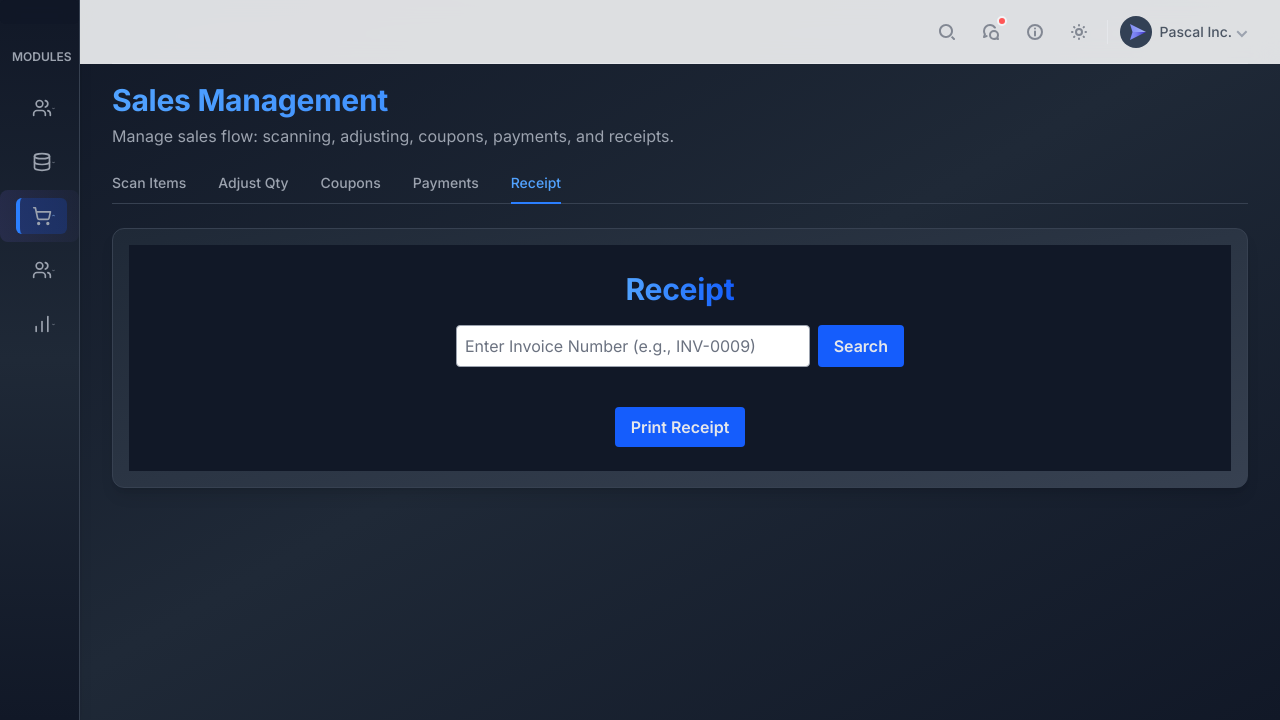
Repository: chykesure/grox-supermarket
Page: /sales/receipt
The author's editor kept a copy of each file at every save. The page is drawn from the files as they stood at one save, then again after the next save.
The browser window is 1280 px wide. The pictures show the whole page.
The project was rebuilt for these pictures with package versions that can differ from the ones it lists, and the page was loaded fresh each time. Some packages were replaced by stand-ins written for this rebuild. Also part of the build but not shown: vite.config.js, src/components/DropdownFilter.jsx, src/lib/utils.ts, src/components/ui/calendar.jsx, src/components/ui/popover.jsx, src/components/Datepicker.jsx, src/pages/pos/Dashboard.jsx, src/pages/Menu.jsx and 62 more.

Above is the page before, as saved 2025-11-09 14:22:15.

After the next save:
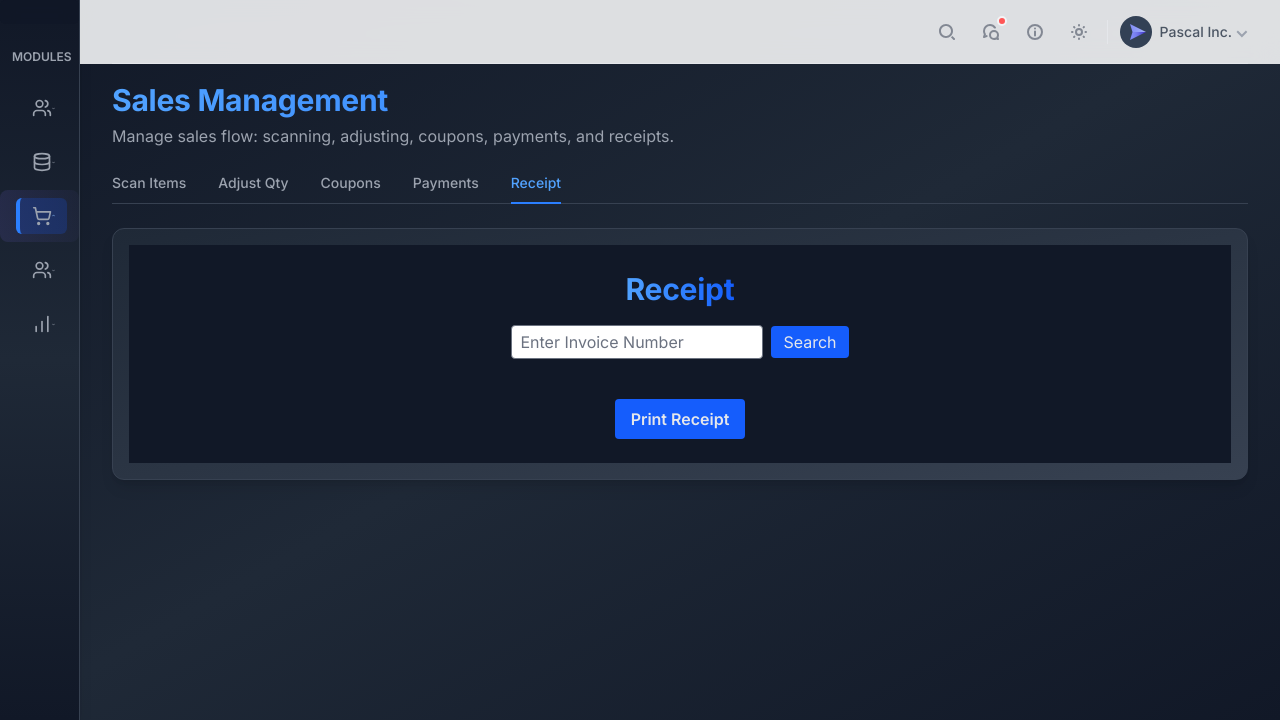
Saved 2 min 18 s later.
--- a/src/pages/pos/sales/Receipt.jsx
+++ b/src/pages/pos/sales/Receipt.jsx
@@ -1,31 +1,24 @@
-// src/pages/pos/sales/Receipt.jsx
 import React, { useState, useRef } from "react";
 import axios from "axios";
 
 function Receipt() {
   const receiptRef = useRef();
   const [invoiceNumber, setInvoiceNumber] = useState("");
-  const [sale, setSale] = useState(null);
+  const [sale, setSale] = useState(null); // sale data from backend
   const [loading, setLoading] = useState(false);
-  const [error, setError] = useState("");
 
   const handleSearch = async () => {
     if (!invoiceNumber) return;
     setLoading(true);
-    setError("");
     try {
       const res = await axios.get(`/api/sales/invoice/${invoiceNumber}`);
-      if (res.data) {
-        setSale(res.data);
-      } else {
-        setError("Invoice not found");
-        setSale(null);
-      }
+      setSale(res.data);
     } catch (err) {
-      setError("Invoice not found or server error");
+      alert("Sale not found");
       setSale(null);
+    } finally {
+      setLoading(false);
     }
-    setLoading(false);
   };
 
   const handlePrint = () => {
@@ -39,43 +32,39 @@ function Receipt() {
     }
   };
 
-  const currentDate = new Date().toLocaleString();
-
-  // Calculate totals
-  const subtotal = sale
-    ? sale.items.reduce((sum, item) => sum + item.price * item.quantity, 0)
-    : 0;
+  const cartItems = sale?.items || []; // prevent undefined
+  const subtotal = cartItems.reduce((sum, item) => sum + item.price * item.quantity, 0);
   const tax = subtotal * 0.075;
   const total = subtotal + tax;
-  const amountPaid = total; // assuming full payment
-  const changeDue = 0; // can be dynamic if needed
-  const paymentMethod = sale?.paymentMode || "";
+  const amountPaid = total; // can be replaced with sale.total if exists
+  const changeDue = amountPaid - total;
+  const paymentMethod = sale?.paymentMode || "—";
+  const currentDate = sale ? new Date(sale.date).toLocaleString() : new Date().toLocaleString();
 
   return (
     <div className="flex flex-col bg-gray-900 text-gray-200 p-6 items-center">
-      <h1 className="text-3xl font-bold mb-4 bg-gradient-to-r from-blue-400 to-blue-600 bg-clip-text text-transparent">
+      <h1 className="text-3xl font-bold mb-4 text-transparent bg-clip-text bg-gradient-to-r from-blue-400 to-blue-600">
         Receipt
       </h1>
 
-      {/* Search Input */}
-      <div className="mb-4 w-full max-w-md flex gap-2">
+      <div className="mb-4">
         <input
           type="text"
-          placeholder="Enter Invoice Number (e.g., INV-0009)"
-          className="flex-1 p-2 rounded border border-gray-400 text-gray-900"
+          placeholder="Enter Invoice Number"
           value={invoiceNumber}
           onChange={(e) => setInvoiceNumber(e.target.value)}
+          className="px-2 py-1 rounded text-black"
         />
         <button
           onClick={handleSearch}
-          className="px-4 bg-blue-600 hover:bg-blue-500 rounded font-semibold"
+          className="ml-2 px-3 py-1 bg-blue-600 hover:bg-blue-500 rounded"
         >
-          {loading ? "Searching..." : "Search"}
+          Search
         </button>
       </div>
-      {error && <p className="text-red-500 mb-4">{error}</p>}
 
-      {/* Receipt */}
+      {loading && <p>Loading...</p>}
+
       {sale && (
         <div
           ref={receiptRef}
@@ -85,7 +74,6 @@ function Receipt() {
             <h2 className="text-xl font-bold">Grox Shopping Store</h2>
             <p>123 Market Street, Lagos</p>
             <p>{currentDate}</p>
-            <p className="mt-2 font-semibold">Invoice: {sale.invoiceNumber}</p>
           </div>
 
           <table className="w-full mb-4 border-collapse border border-gray-600">
@@ -98,14 +86,12 @@ function Receipt() {
               </tr>
             </thead>
             <tbody>
-              {sale.items.map((item) => (
+              {cartItems.map((item) => (
                 <tr key={item._id} className="border-b border-gray-600">
                   <td className="px-2 py-1">{item.productName}</td>
                   <td className="px-2 py-1 text-center">{item.quantity}</td>
-                  <td className="px-2 py-1 text-right">₦{item.price.toLocaleString()}</td>
-                  <td className="px-2 py-1 text-right">
-                    ₦{(item.price * item.quantity).toLocaleString()}
-                  </td>
+                  <td className="px-2 py-1 text-right">₦{item.price}</td>
+                  <td className="px-2 py-1 text-right">₦{item.price * item.quantity}</td>
                 </tr>
               ))}
             </tbody>
@@ -114,7 +100,7 @@ function Receipt() {
           <div className="mb-2 space-y-1">
             <div className="flex justify-between">
               <span>Subtotal:</span>
-              <span>₦{subtotal.toLocaleString()}</span>
+              <span>₦{subtotal.toFixed(2)}</span>
             </div>
             <div className="flex justify-between">
               <span>Tax (7.5%):</span>
@@ -122,15 +108,15 @@ function Receipt() {
             </div>
             <div className="flex justify-between font-bold text-lg">
               <span>Total:</span>
-              <span>₦{total.toLocaleString()}</span>
+              <span>₦{total.toFixed(2)}</span>
             </div>
             <div className="flex justify-between">
               <span>Paid:</span>
-              <span>₦{amountPaid.toLocaleString()}</span>
+              <span>₦{amountPaid.toFixed(2)}</span>
             </div>
             <div className="flex justify-between">
               <span>Change:</span>
-              <span>₦{changeDue.toLocaleString()}</span>
+              <span>₦{changeDue.toFixed(2)}</span>
             </div>
             <div className="flex justify-between">
               <span>Payment Method:</span>
